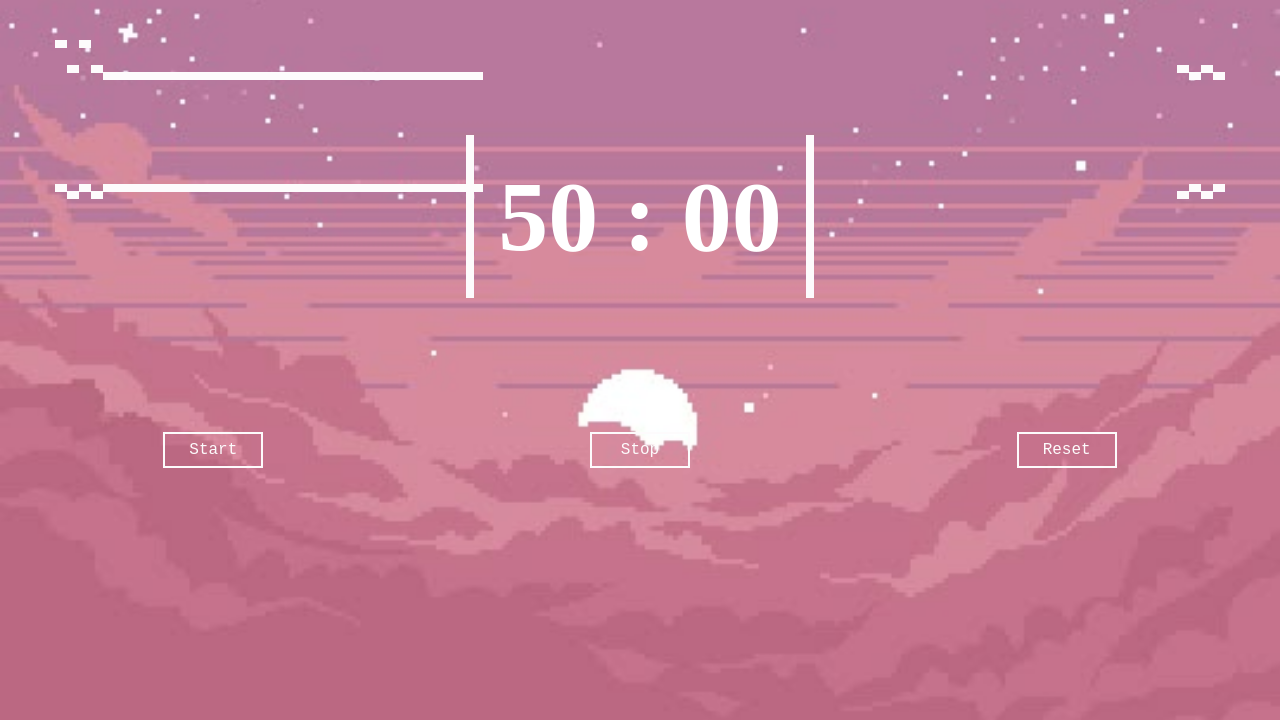
Repository: niharikapatil2306/Study-Timer
Page: index.html
These files come from the project's save history. The page is drawn as it stood at one moment and after the next save; the edit follows.
The browser window is 1280 px wide. The pictures show the whole page.
Some web fonts or font styles are not loaded; a fallback is used.

Above is the page before, as saved 2025-02-18 18:14:26.

### index.html
<!DOCTYPE html>
<html lang="en">
<head>
    <meta charset="UTF-8">
    <meta name="viewport" content="width=device-width, initial-scale=1.0">
    <title>Study Timer</title>
    <link href="https://fonts.googleapis.com/css2?family=Doto:wght@100..900&family=Pixelify+Sans:wght@400..700&display=swap" rel="stylesheet">

    <link rel="stylesheet" href="style.css" />
</head>
<body style="background-color: black;">
    <div class="container">

        <div class="timer">
            <div class="pixel">
                <div class="square1"></div>
                <div class="square13"></div>
                <div class="square2"></div>
                <div class="square14"></div>
                <div class="square3"></div>
                <div class="line1"></div>
            </div>
            <div class="pixel">
                <div class="square4"></div>
                <div class="square15"></div>
                <div class="square5"></div>
                <div class="square16"></div>
                <div class="square6"></div>
            </div>

            <div class="pixel">
                <div class="square7"></div>
                <div class="square17"></div>
                <div class="square8"></div>
                <div class="square18"></div>
                <div class="square9"></div>
                <div class="line2"></div>
            </div>
            <div class="pixel">
                <div class="square10"></div>
                <div class="square19"></div>
                <div class="square11"></div>
                <div class="square20"></div>
                <div class="square12"></div>
            </div>

            <div class="box">
                <span id="min">
                    50
                </span>
                :
                <span id="sec">
                    00
                </span>
            </div>
        </div>
        <div class="button_container">
            <button id="start">
                Start
            </button>
            <button id="stop">
                Stop
            </button>
            <button id="reset">
                Reset
            </button>
        </div>
    </div>
    <script src="./clock.js"></script>
</body>
</html>

### style.css
body {
    margin: 0;
    padding: 0;
    background: url("./img/bg.jpeg") no-repeat center center fixed;
    background-size: cover;
}

.container{
    height: 100vh;
}

.box{
    border-left: 8px solid #FDFBFC;
    border-right: 8px solid #FDFBFC;
    padding: 24px;
}

.square1{
    position: fixed;
    height: 8px;
    width: 12px;
    left: 47px;
    top: 72px;
    background-color: transparent;
}

.square2{
    position: fixed;
    height: 8px;
    width: 12px;
    left: 55px;
    top: 40px;
    background-color: #FDFBFC;
}

.square3{
    position: fixed;
    height: 8px;
    width: 12px;
    left: 79px;
    top: 40px;
    background-color: #FDFBFC;
}

.line1{
    position: fixed;
    height: 8px;
    width: 380px;
    left: 103px;
    top: 72px;
    background-color: #FDFBFC;
}

.square4{
    position: fixed;
    height: 8px;
    width: 12px;
    right: 79px;
    top: 72px;
    background-color: #FDFBFC;
}

.square5{
    position: fixed;
    height: 8px;
    width: 12px;
    right: 55px;
    top: 72px;
    background-color: #FDFBFC;
}

.square6{
    position: fixed;
    height: 8px;
    width: 12px;
    right: 47px;
    top: 72px;
    background-color: transparent;
}

.square7{
    position: fixed;
    height: 8px;
    width: 12px;
    left: 47px;
    top: 179px;
    background-color: transparent;
}

.square8{
    position: fixed;
    height: 8px;
    width: 12px;
    left: 55px;
    top: 184px;
    background-color: #FDFBFC;
}

.square9{
    position: fixed;
    height: 8px;
    width: 12px;
    left: 79px;
    top: 184px;
    background-color: #FDFBFC;
}

.line2{
    position: fixed;
    height: 8px;
    width: 380px;
    left: 103px;
    top: 184px;
    background-color: #FDFBFC;
}

.square10{
    position: fixed;
    height: 8px;
    width: 12px;
    right: 79px;
    top: 184px;
    background-color: #FDFBFC;
}

.square11{
    position: fixed;
    height: 8px;
    width: 12px;
    right: 55px;
    top: 184px;
    background-color: #FDFBFC;
}

.square12{
    position: fixed;
    height: 8px;
    width: 12px;
    right: 47px;
    top: 181px;
    background-color: transparent;
}

.square13{
    position: fixed;
    height: 8px;
    width: 12px;
    left: 67px;
    top: 65px;
    background-color: #FDFBFC;
}

.square14{
    position: fixed;
    height: 8px;
    width: 12px;
    left: 91px;
    top: 65px;
    background-color: #FDFBFC;
}

.square15{
    position: fixed;
    height: 8px;
    width: 12px;
    right: 67px;
    top: 65px;
    background-color: #FDFBFC;
}

.square16{
    position: fixed;
    height: 8px;
    width: 12px;
    right: 91px;
    top: 65px;
    background-color: #FDFBFC;
}

.square17{
    position: fixed;
    height: 8px;
    width: 12px;
    right: 91px;
    top: 191px;
    background-color: #FDFBFC;
}

.square18{
    position: fixed;
    height: 8px;
    width: 12px;
    right: 67px;
    top: 191px;
    background-color: #FDFBFC;
}

.square19{
    position: fixed;
    height: 8px;
    width: 12px;
    left: 67px;
    top: 191px;
    background-color: #FDFBFC;
}

.square20{
    position: fixed;
    height: 8px;
    width: 12px;
    left: 91px;
    top: 191px;
    background-color: #FDFBFC;
}

.timer{
    font-family: "Doto", serif;
    height: 60vh;
    font-size: 100px;
    color: white;
    display: flex;
    align-items: center;
    justify-content: center;
    font-weight: 800;
    font-variation-settings: "ROND" 0;
}

.button_container{
    display: flex;
    align-items: center;
    justify-content: space-around;
}

button{
    font-family: 'Press Start 2P', monospace;
    border: 2px solid #FDFBFC;
    height: 36px;
    width: 100px;
    background-color: transparent;
    font-size: 16px;
    color: #FDFBFC;
}

/* .start{

} */

### clock.js
let timer;
let timeLeft = 50*60 // 50 minutes
const min = document.getElementById("min");
const sec = document.getElementById("sec");
const startBtn = document.getElementById("start");
const resetBtn = document.getElementById("reset");
const stopBtn = document.getElementById("stop");

function updateDisplay(){
    let minutes = Math.floor(timeLeft/60);
    let seconds = timeLeft%60;
    min.textContent = minutes.toString().padStart(2, "0");
    sec.textContent = seconds.toString().padStart(2, "0");
}

startBtn.addEventListener("click", () => {
    if(!timer){
        timer = setInterval(() => {
            if(timeLeft>0){
                timeLeft--;
                updateDisplay();
            }
            else{
                clearInterval(timer);
                timer = null;
                alert("Take a break!!")
            }
        }, 1000);
    }
});

resetBtn.addEventListener("click", () => {
    clearInterval(timer);
    timer = null;
    timeLeft = 50*60;
    updateDisplay();
});

stopBtn.addEventListener("click", () =>{
    clearInterval(timer);
    timer = null;
})

After the next save:
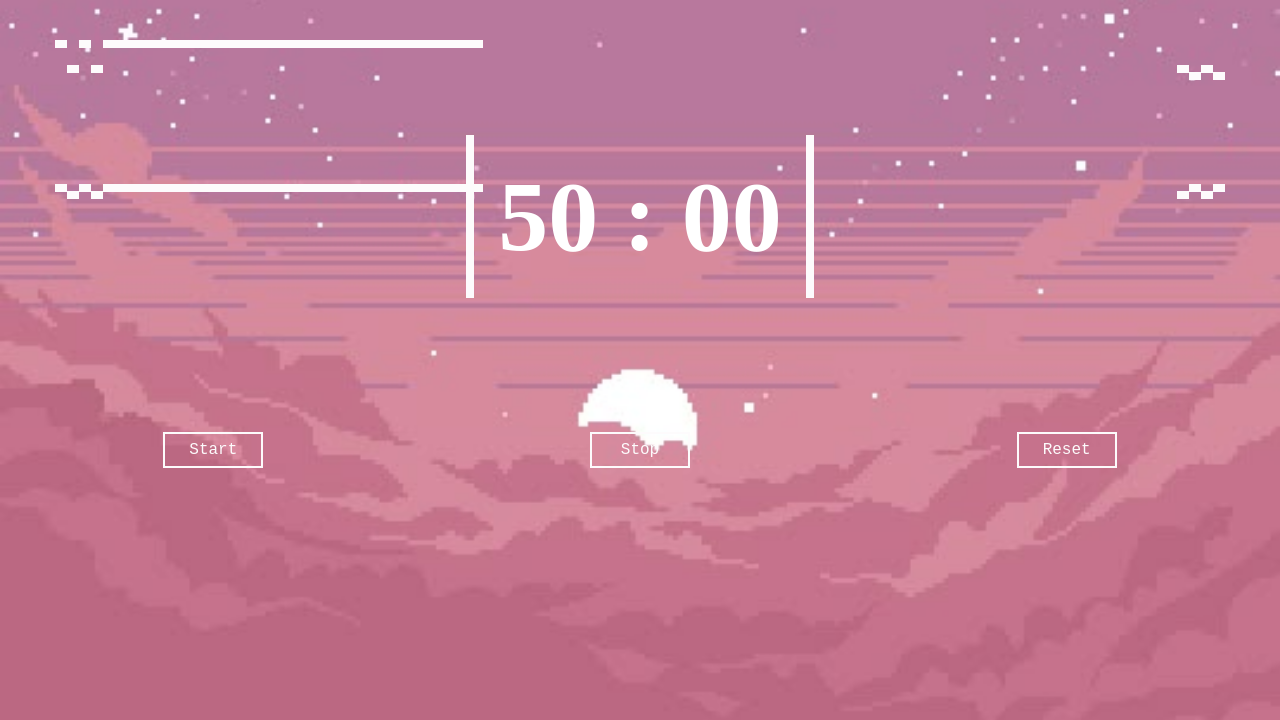
Saved 9 s later.
--- a/style.css
+++ b/style.css
@@ -47,7 +47,7 @@ body {
     height: 8px;
     width: 380px;
     left: 103px;
-    top: 72px;
+    top: 40px;
     background-color: #FDFBFC;
 }
 
